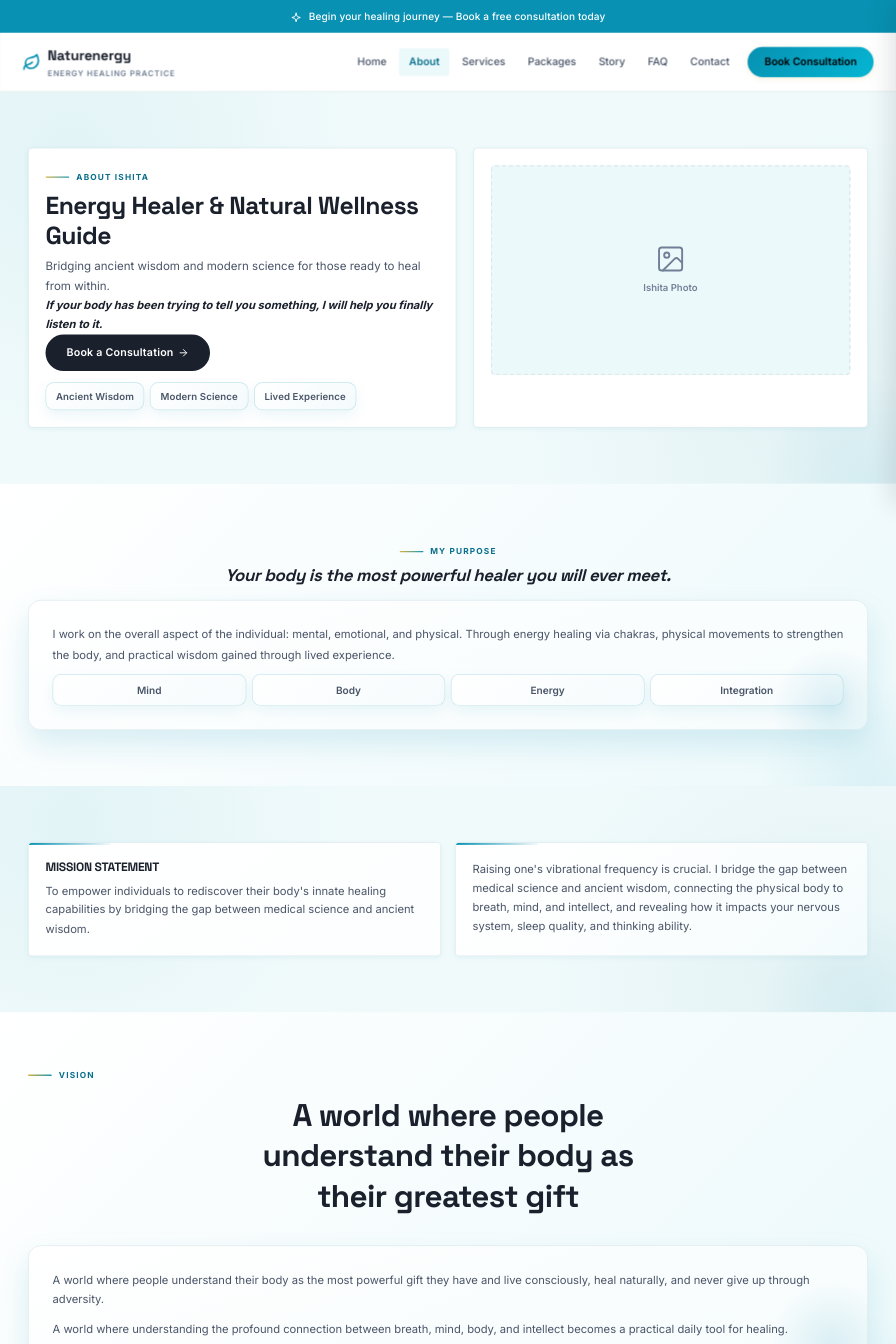
Repository: Ethxmnhz/nt_landing
Page: /about
An editor plug-in stored every save of this project. The page is shown before and after a run of saves, followed by the edit.
The browser window is 1280 px wide. The pictures show the part of the page from y = 0 to 1920 px (the page is 3251 px tall), at 70% of full size.
The project was rebuilt for these pictures with package versions that can differ from the ones it lists, and the page was loaded fresh each time. Also part of the build but not shown: vite.config.ts, src/pages/BookPage.tsx, src/pages/ContactPage.tsx, src/components/ui/FaqAccordion.tsx, src/pages/FaqPage.tsx, src/components/Hero/Hero.tsx, src/pages/HomePage.tsx, src/pages/PackagesPage.tsx and 1 more.

Above is the page before, as saved 2026-04-06 22:45:31.

### index.html
<!doctype html>
<html lang="en">
  <head>
    <meta charset="UTF-8" />
    <link rel="icon" type="image/svg+xml" href="/favicon.svg" />
    <meta name="viewport" content="width=device-width, initial-scale=1.0" />
    <meta name="description" content="Naturenergy — Reset and protect your energetic system naturally. Bridging medical science and ancient wisdom for holistic healing across mental, emotional, and physical dimensions." />
    <meta property="og:title" content="Naturenergy | Energy Healing & Recovery Support" />
    <meta property="og:description" content="Holistic healing sessions combining chakra energy healing, physical movement, and emotional support for people navigating recovery and life challenges." />
    <meta property="og:type" content="website" />
    <meta property="og:url" content="https://naturenergy.sg" />
    <link rel="preconnect" href="https://fonts.googleapis.com" />
    <link rel="preconnect" href="https://fonts.gstatic.com" crossorigin />
    <title>Naturenergy | Energy Healing & Recovery Support</title>
  </head>
  <body>
    <div id="app"></div>
    <script type="module" src="/src/main.tsx"></script>
  </body>
</html>

### src/main.tsx
import React from 'react'
import ReactDOM from 'react-dom/client'
import { BrowserRouter } from 'react-router-dom'
import App from './App'
import './style.css'

ReactDOM.createRoot(document.getElementById('app')!).render(
  <React.StrictMode>
    <BrowserRouter>
      <App />
    </BrowserRouter>
  </React.StrictMode>,
)

### src/App.tsx
import { useEffect } from 'react'
import { Navigate, Route, Routes, useLocation } from 'react-router-dom'
import { SiteFooter } from './components/layout/SiteFooter'
import { SiteHeader } from './components/layout/SiteHeader'
import { AboutPage } from './pages/AboutPage'
import { BookPage } from './pages/BookPage'
import { ContactPage } from './pages/ContactPage'
import { FaqPage } from './pages/FaqPage'
import { HomePage } from './pages/HomePage'
import { PackagesPage } from './pages/PackagesPage'
import { ServicesPage } from './pages/ServicesPage'
import { StoryPage } from './pages/StoryPage'

function ScrollToTop() {
  const { pathname } = useLocation()
  useEffect(() => {
    window.scrollTo(0, 0)
  }, [pathname])
  return null
}

function App() {
  return (
    <div className="site-root">
      <ScrollToTop />
      <SiteHeader />
      <main>
        <Routes>
          <Route path="/" element={<Navigate to="/home" replace />} />
          <Route path="/home" element={<HomePage />} />
          <Route path="/about" element={<AboutPage />} />
          <Route path="/services" element={<ServicesPage />} />
          <Route path="/packages" element={<PackagesPage />} />
          <Route path="/programs" element={<Navigate to="/packages" replace />} />
          <Route path="/story" element={<StoryPage />} />
          <Route path="/faq" element={<FaqPage />} />
          <Route path="/contact" element={<ContactPage />} />
          <Route path="/book" element={<BookPage />} />
          <Route path="*" element={<Navigate to="/home" replace />} />
        </Routes>
      </main>
      <SiteFooter />
    </div>
  )
}

export default App

### src/components/layout/SiteFooter.tsx
import { Link } from 'react-router-dom'
import { Leaf, ArrowRight } from 'lucide-react'
import { navItems, site } from '../../data/siteData'

export function SiteFooter() {
  return (
    <footer className="site-footer">
      <div className="footer-main">
        <div className="section-shell">
          <div className="footer-grid">
            <div className="footer-brand">
              <Link to="/home" className="footer-logo">
                <Leaf size={22} strokeWidth={2.2} />
                <span className="brand-name">{site.name}</span>
              </Link>
              <p className="footer-brand-desc">
                Reset and protect your energetic system naturally. Bridging medical science and
                ancient wisdom for better recovery.
              </p>
            </div>

            <div className="footer-links-col">
              <h4>Navigate</h4>
              <ul>
                {navItems
                  .filter((n) => !n.highlight)
                  .map((item) => (
                    <li key={item.to}>
                      <Link to={item.to}>{item.label}</Link>
                    </li>
                  ))}
              </ul>
            </div>

            <div className="footer-links-col">
              <h4>Get In Touch</h4>
              <ul>
                <li>
                  <a href={`mailto:${site.email}`}>{site.email}</a>
                </li>
                <li>
                  <a href={site.whatsappUrl}>WhatsApp Direct</a>
                </li>
              </ul>
            </div>

            <div className="footer-links-col">
              <h4>Newsletter</h4>
              <p className="footer-newsletter-text">
                Stay connected with healing insights and updates.
              </p>
              <form className="footer-newsletter" onSubmit={(e) => e.preventDefault()}>
                <input type="email" placeholder="Your email" aria-label="Email for newsletter" />
                <button type="submit" aria-label="Subscribe">
                  <ArrowRight size={18} />
                </button>
              </form>
            </div>
          </div>
        </div>
      </div>

      <div className="footer-bottom">
        <div className="section-shell">
          <p>© {new Date().getFullYear()} {site.name}. All rights reserved.</p>
        </div>
      </div>
    </footer>
  )
}

### src/components/layout/SiteHeader.tsx
import { useState } from 'react'
import { NavLink } from 'react-router-dom'
import { Leaf, Menu } from 'lucide-react'
import { navItems, site } from '../../data/siteData'
import { MobileNav } from './MobileNav'

export function SiteHeader() {
  const [mobileOpen, setMobileOpen] = useState(false)

  return (
    <header className="site-header">
      <div className="announcement-bar">
        <Sparkle /> Begin your healing journey — Book a free consultation today
      </div>
      <div className="header-main">
        <NavLink className="brand" to="/home" aria-label="Naturenergy Home">
          <Leaf className="brand-icon-svg" size={26} strokeWidth={2.2} />
          <span className="brand-text">
            <span className="brand-name">{site.name}</span>
            <span className="brand-sub">Energy Healing Practice</span>
          </span>
        </NavLink>

        <nav className="site-nav">
          {navItems.map((item) =>
            item.highlight ? (
              <NavLink
                key={item.to}
                to={item.to}
                className="nav-cta-btn"
              >
                {item.label}
              </NavLink>
            ) : (
              <NavLink
                key={item.to}
                to={item.to}
                className={({ isActive }) =>
                  isActive ? 'site-nav-link active' : 'site-nav-link'
                }
              >
                {item.label}
              </NavLink>
            )
          )}
        </nav>

        <button
          className="hamburger"
          onClick={() => setMobileOpen(true)}
          aria-label="Open menu"
          type="button"
        >
          <Menu size={26} />
        </button>
      </div>

      <MobileNav open={mobileOpen} onClose={() => setMobileOpen(false)} />
    </header>
  )
}

function Sparkle() {
  return (
    <svg width="16" height="16" viewBox="0 0 24 24" fill="none" stroke="currentColor" strokeWidth="2" strokeLinecap="round" strokeLinejoin="round" style={{ display: 'inline', verticalAlign: 'middle', marginRight: 6 }}>
      <path d="M12 3l1.912 5.813a2 2 0 001.275 1.275L21 12l-5.813 1.912a2 2 0 00-1.275 1.275L12 21l-1.912-5.813a2 2 0 00-1.275-1.275L3 12l5.813-1.912a2 2 0 001.275-1.275L12 3z" />
    </svg>
  )
}

### src/pages/AboutPage.tsx
import {
  ArrowRight,
  Image,
  Lightbulb,
  ShieldCheck,
  Sparkles,
  Target,
} from 'lucide-react'
import { AnimatedSection } from '../components/ui/AnimatedSection'
import { ButtonLink } from '../components/ui/ButtonLink'

export function AboutPage() {
  return (
    <>
      <section className="section-light">
        <div className="section-shell">
          <AnimatedSection>
            <div className="doc-about-intro">
              <article className="doc-about-card">
                <p className="section-tag">About Ishita</p>
                <h1>Energy Healer &amp; Natural Wellness Guide</h1>
                <p className="section-copy">
                  Bridging ancient wisdom and modern science for those ready to heal from within.
                </p>
                <p className="doc-story-quote">
                  If your body has been trying to tell you something, I will help you finally
                  listen to it.
                </p>
                <ButtonLink to="/book" variant="dark">
                  Book a Consultation <ArrowRight size={16} style={{ marginLeft: 6 }} />
                </ButtonLink>
                <div className="doc-about-highlights">
                  <span>Ancient Wisdom</span>
                  <span>Modern Science</span>
                  <span>Lived Experience</span>
                </div>
              </article>
              <article className="doc-photo-frame">
                <div className="about-visual-placeholder">
                  <Image size={44} strokeWidth={1.5} />
                  <p>Ishita Photo</p>
                </div>
              </article>
            </div>
          </AnimatedSection>
        </div>
      </section>

      <section className="section-warm">
        <div className="section-shell">
          <AnimatedSection>
            <div className="doc-purpose-head">
              <p className="section-tag">My Purpose</p>
              <h2>Your body is the most powerful healer you will ever meet.</h2>
            </div>
          </AnimatedSection>
          <AnimatedSection delay={100}>
            <div className="doc-story-card">
              <p>
                I work on the overall aspect of the individual: mental, emotional, and physical.
                Through energy healing via chakras, physical movements to strengthen the body, and
                practical wisdom gained through lived experience.
              </p>
              <div className="doc-purpose-pillars">
                <span>Mind</span>
                <span>Body</span>
                <span>Energy</span>
                <span>Integration</span>
              </div>
            </div>
          </AnimatedSection>
        </div>
      </section>

      <section className="section-light">
        <div className="section-shell">
          <AnimatedSection>
            <div className="doc-mission-grid">
              <article className="doc-mission-card">
                <h3>Mission Statement</h3>
                <p>
                  To empower individuals to rediscover their body's innate healing capabilities by
                  bridging the gap between medical science and ancient wisdom.
                </p>
              </article>
              <article className="doc-mission-card doc-mission-card-alt">
                <p>
                  Raising one's vibrational frequency is crucial. I bridge the gap between medical
                  science and ancient wisdom, connecting the physical body to breath, mind, and
                  intellect, and revealing how it impacts your nervous system, sleep quality, and
                  thinking ability.
                </p>
              </article>
            </div>
          </AnimatedSection>
        </div>
      </section>

      <section className="section-warm">
        <div className="section-shell">
          <AnimatedSection>
            <div className="section-intro centered">
              <p className="section-tag">Vision</p>
              <h2>A world where people understand their body as their greatest gift</h2>
            </div>
          </AnimatedSection>
          <AnimatedSection delay={100}>
            <div className="doc-story-card">
              <p>
                A world where people understand their body as the most powerful gift they have and
                live consciously, heal naturally, and never give up through adversity.
              </p>
              <p>
                A world where understanding the profound connection between breath, mind, body, and
                intellect becomes a practical daily tool for healing.
              </p>
            </div>
          </AnimatedSection>
        </div>
      </section>

      <section className="section-light">
        <div className="section-shell">
          <AnimatedSection>
            <div className="section-intro centered">
              <p className="section-tag">Pillars I Stand On</p>
              <h2>Values that shape every session</h2>
            </div>
          </AnimatedSection>
          <div className="doc-pillars-grid">
            <AnimatedSection delay={0}>
              <article className="doc-pillar-card">
                <span className="service-icon">
                  <Lightbulb size={28} strokeWidth={1.8} />
                </span>
                <h3>Clarity</h3>
                <p>
                  Seeing through the noise of gossip, power, and superficial rituals to find the
                  true essence of spirituality and healing.
                </p>
              </article>
            </AnimatedSection>
            <AnimatedSection delay={90}>
              <article className="doc-pillar-card">
                <span className="service-icon">
                  <ShieldCheck size={28} strokeWidth={1.8} />
                </span>
                <h3>Conviction</h3>
                <p>
                  I healed naturally after a car accident, refusing metal implants and trusting the
                  practices I learned. If I can do it, anyone can.
                </p>
              </article>
            </AnimatedSection>
            <AnimatedSection delay={180}>
              <article className="doc-pillar-card">
                <span className="service-icon">
                  <Target size={28} strokeWidth={1.8} />
                </span>
                <h3>Commitment</h3>
                <p>
                  I embody discipline and follow through on every commitment. No half-measures, no
                  shortcuts.
                </p>
              </article>
            </AnimatedSection>
            <AnimatedSection delay={270}>
              <article className="doc-pillar-card">
                <span className="service-icon">
                  <Sparkles size={28} strokeWidth={1.8} />
                </span>
                <h3>Compounded Effect</h3>
                <p>
                  Building a conscious community that lives consciously, understanding that small
                  daily practices create extraordinary transformation.
                </p>
              </article>
            </AnimatedSection>
          </div>
        </div>
      </section>
    </>
  )
}

### src/components/layout/MobileNav.tsx
import { NavLink } from 'react-router-dom'
import { X } from 'lucide-react'
import { navItems, site } from '../../data/siteData'

type MobileNavProps = {
  open: boolean
  onClose: () => void
}

export function MobileNav({ open, onClose }: MobileNavProps) {
  return (
    <>
      <div className={`mobile-overlay ${open ? 'mobile-overlay-active' : ''}`} onClick={onClose} />
      <nav className={`mobile-drawer ${open ? 'mobile-drawer-open' : ''}`}>
        <div className="mobile-drawer-header">
          <span className="brand-name">{site.name}</span>
          <button className="mobile-close" onClick={onClose} aria-label="Close menu" type="button">
            <X size={22} />
          </button>
        </div>
        <div className="mobile-links">
          {navItems.map((item) => (
            <NavLink
              key={item.to}
              to={item.to}
              className={({ isActive }) =>
                `mobile-link ${isActive ? 'mobile-link-active' : ''} ${item.highlight ? 'mobile-link-cta' : ''}`
              }
              onClick={onClose}
            >
              {item.label}
            </NavLink>
          ))}
        </div>
        <div className="mobile-drawer-footer">
          <p>{site.email}</p>
        </div>
      </nav>
    </>
  )
}

### src/components/ui/AnimatedSection.tsx
import { useEffect, useRef, useState, type ReactNode } from 'react'

type AnimatedSectionProps = {
  children: ReactNode
  className?: string
  delay?: number
}

export function AnimatedSection({ children, className = '', delay = 0 }: AnimatedSectionProps) {
  const ref = useRef<HTMLDivElement>(null)
  const [visible, setVisible] = useState(false)

  useEffect(() => {
    const el = ref.current
    if (!el) return

    const observer = new IntersectionObserver(
      ([entry]) => {
        if (entry.isIntersecting) {
          setTimeout(() => setVisible(true), delay)
          observer.unobserve(el)
        }
      },
      { threshold: 0.15 }
    )

    observer.observe(el)
    return () => observer.disconnect()
  }, [delay])

  return (
    <div
      ref={ref}
      className={`anim-section ${visible ? 'anim-visible' : ''} ${className}`}
      style={{ transitionDelay: `${delay}ms` }}
    >
      {children}
    </div>
  )
}

### src/components/ui/ButtonLink.tsx
import type { ReactNode } from 'react'
import { Link } from 'react-router-dom'

type ButtonLinkProps = {
  to?: string
  href?: string
  children: ReactNode
  variant?: 'primary' | 'outline' | 'dark' | 'secondary'
  className?: string
}

export function ButtonLink({ to, href, children, variant = 'primary', className = '' }: ButtonLinkProps) {
  const btnClass = `btn btn-${variant} ${className}`.trim()

  if (to) {
    return (
      <Link className={btnClass} to={to}>
        {children}
      </Link>
    )
  }

  return (
    <a className={btnClass} href={href}>
      {children}
    </a>
  )
}

Loaded but not shown: src/style.css (3522 lines, source omitted); src/data/siteData.ts (188 lines, source omitted); src/pages/ServicesPage.tsx (116 lines, source omitted)

After the next 2 saves:
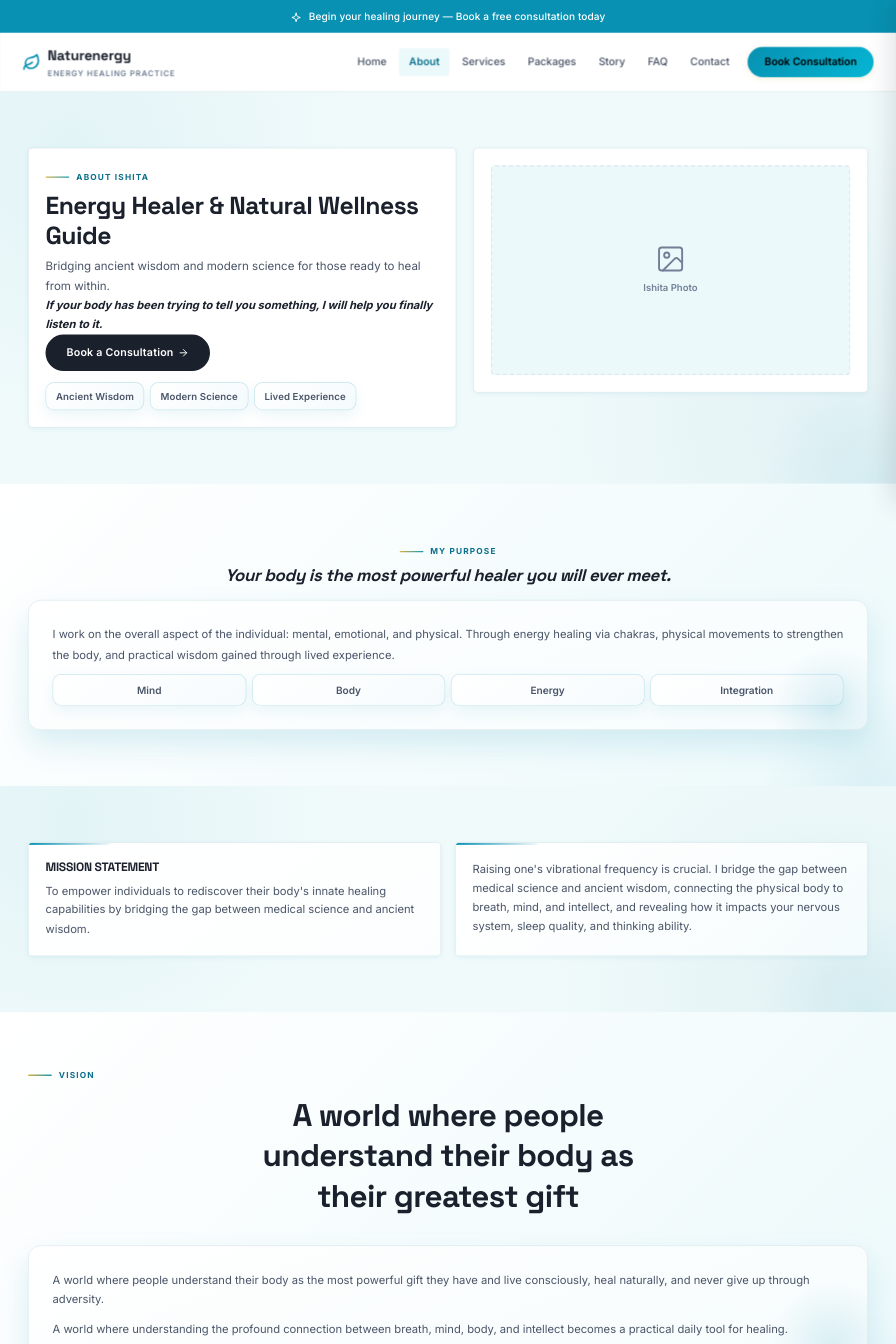
The 2 saves are shown as one change because they came seconds apart.
The last was saved 2 min 47 s later.
--- a/src/pages/AboutPage.tsx
+++ b/src/pages/AboutPage.tsx
@@ -14,8 +14,8 @@ export function AboutPage() {
     <>
       <section className="section-light">
         <div className="section-shell">
-          <AnimatedSection>
-            <div className="doc-about-intro">
+          <div className="doc-about-intro">
+            <AnimatedSection delay={0}>
               <article className="doc-about-card">
                 <p className="section-tag">About Ishita</p>
                 <h1>Energy Healer &amp; Natural Wellness Guide</h1>
@@ -35,14 +35,16 @@ export function AboutPage() {
                   <span>Lived Experience</span>
                 </div>
               </article>
+            </AnimatedSection>
+            <AnimatedSection delay={100}>
               <article className="doc-photo-frame">
                 <div className="about-visual-placeholder">
                   <Image size={44} strokeWidth={1.5} />
                   <p>Ishita Photo</p>
                 </div>
               </article>
-            </div>
-          </AnimatedSection>
+            </AnimatedSection>
+          </div>
         </div>
       </section>
 
@@ -74,8 +76,8 @@ export function AboutPage() {
 
       <section className="section-light">
         <div className="section-shell">
-          <AnimatedSection>
-            <div className="doc-mission-grid">
+          <div className="doc-mission-grid">
+            <AnimatedSection delay={0}>
               <article className="doc-mission-card">
                 <h3>Mission Statement</h3>
                 <p>
@@ -83,6 +85,8 @@ export function AboutPage() {
                   bridging the gap between medical science and ancient wisdom.
                 </p>
               </article>
+            </AnimatedSection>
+            <AnimatedSection delay={100}>
               <article className="doc-mission-card doc-mission-card-alt">
                 <p>
                   Raising one's vibrational frequency is crucial. I bridge the gap between medical
@@ -91,8 +95,8 @@ export function AboutPage() {
                   thinking ability.
                 </p>
               </article>
-            </div>
-          </AnimatedSection>
+            </AnimatedSection>
+          </div>
         </div>
       </section>
 
